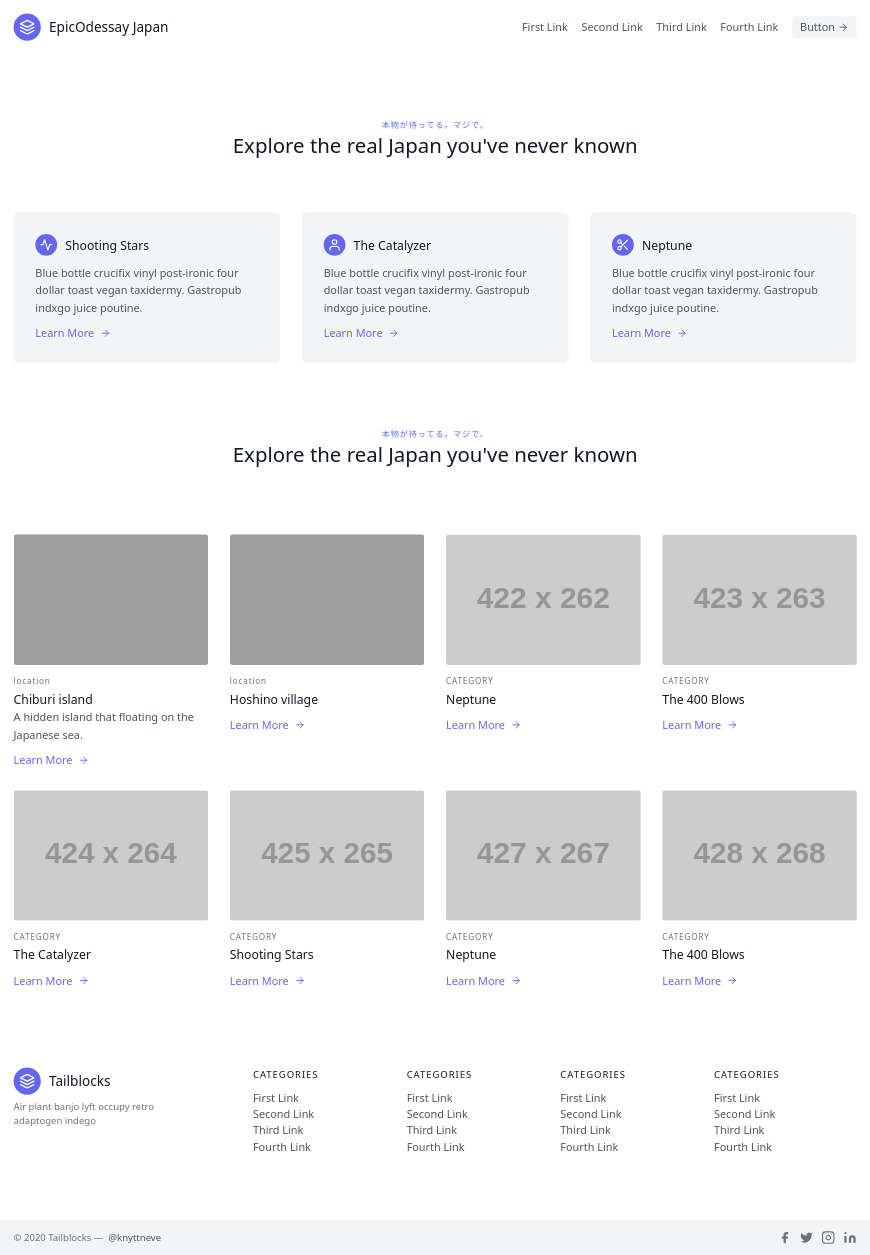
Repository: KoheiUnoki/environment
Page: http://localhost/first
The author's editor kept a record of every edit. The page is drawn from the files as they stood at one moment, then again after the next edit.
The browser window is 1280 px wide. The pictures show the whole page, at 68% of full size.
Pictures or frames that could not be fetched are drawn as grey boxes. The page is served by the project's Laravel application, run on PHP 8.4 with Laravel 10.

Above is the page before.

After the next edit:
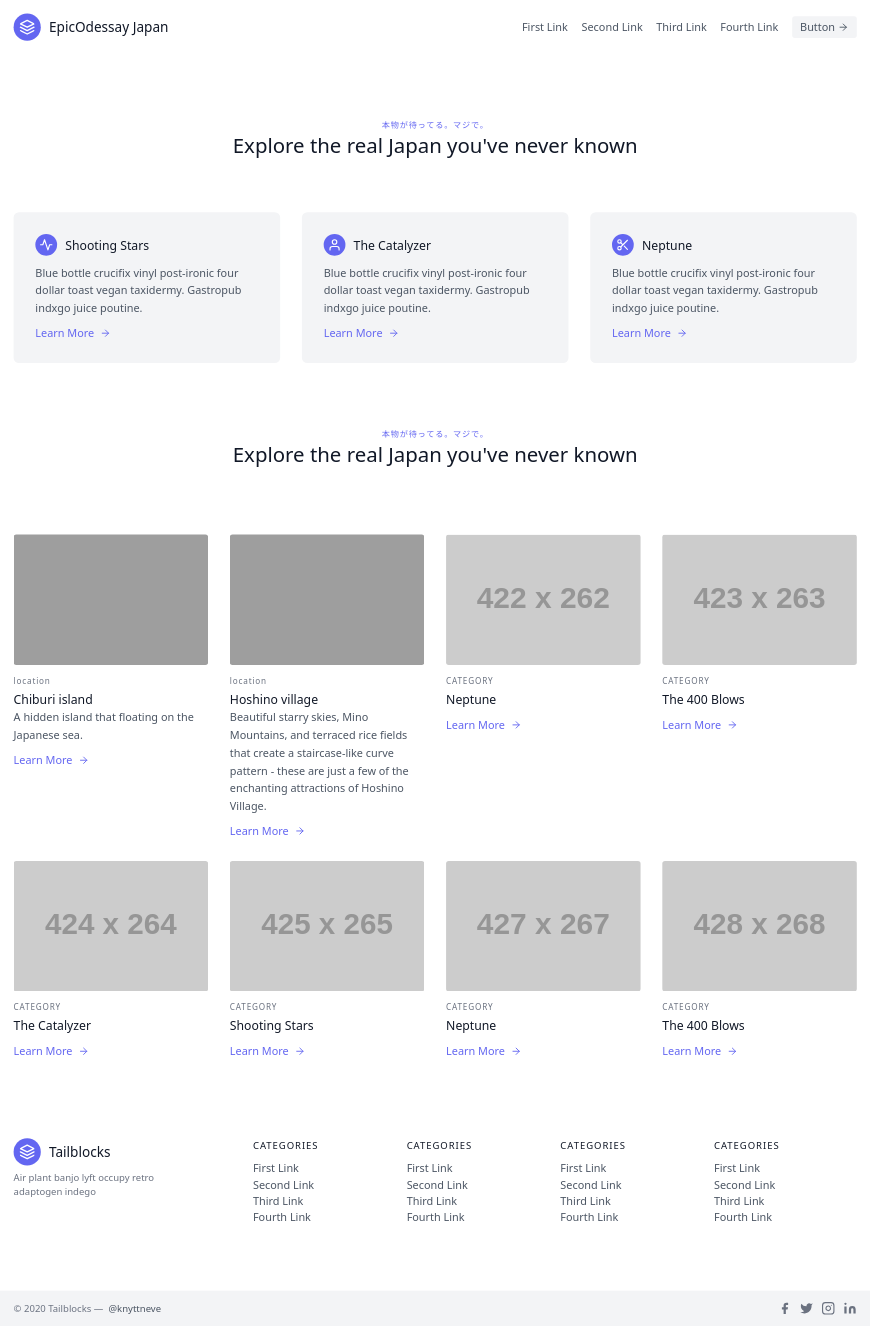
The edit:
--- a/cms/resources/views/firstPage.blade.php
+++ b/cms/resources/views/firstPage.blade.php
@@ -287,6 +287,9 @@
                 Hoshino village
               </h2>
               <div class="flex-grow">
+                <p class="leading-relaxed text-base">
+                  Beautiful starry skies, Mino Mountains, and terraced rice fields that create a staircase-like curve pattern - these are just a few of the enchanting attractions of Hoshino Village.
+                </p>
                 <a class="mt-3 text-indigo-500 inline-flex items-center"
                   >Learn More
                   <svg
